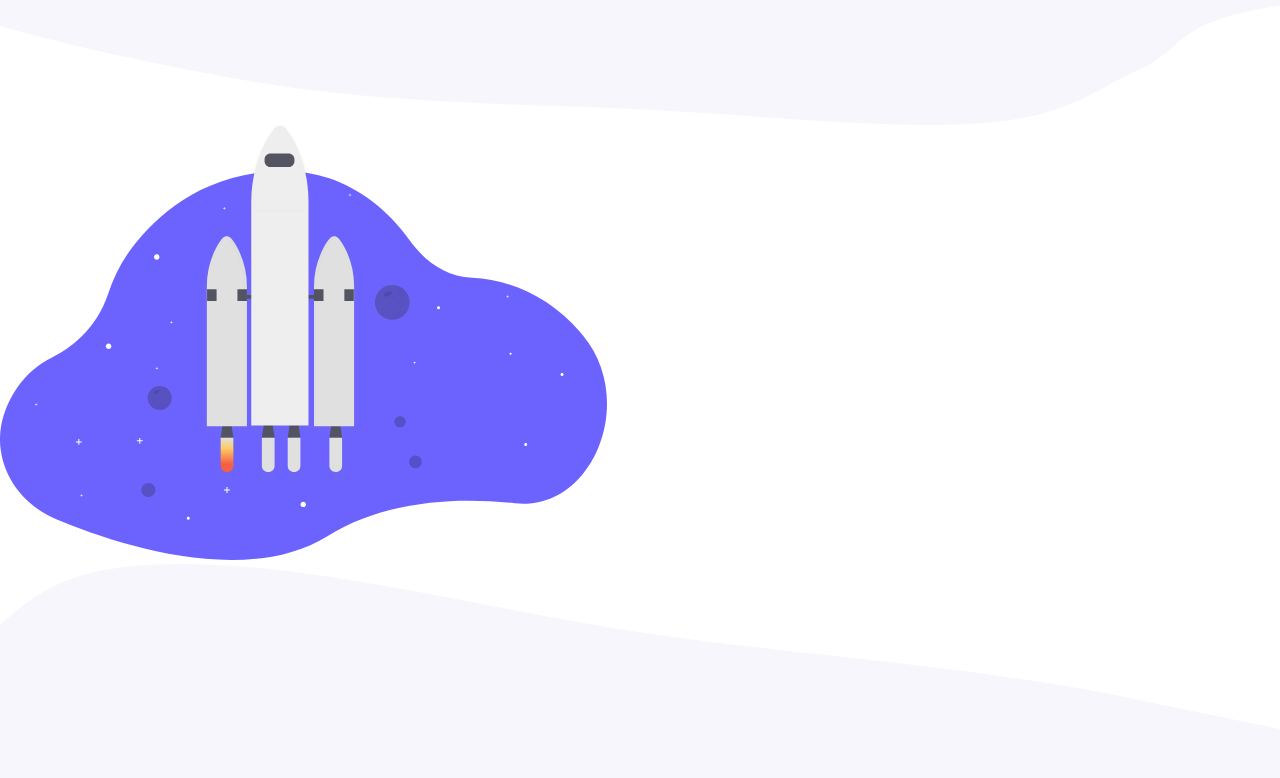
Repository: BrunoBross/countdown
Page: index.html
These files come from the project's save history. The page is drawn as it stood at one moment and after the next save; the edit follows.
The browser window is 1280 px wide. The pictures show the whole page.

Above is the page before, as saved 2021-11-30 00:34:50.

After the next save:
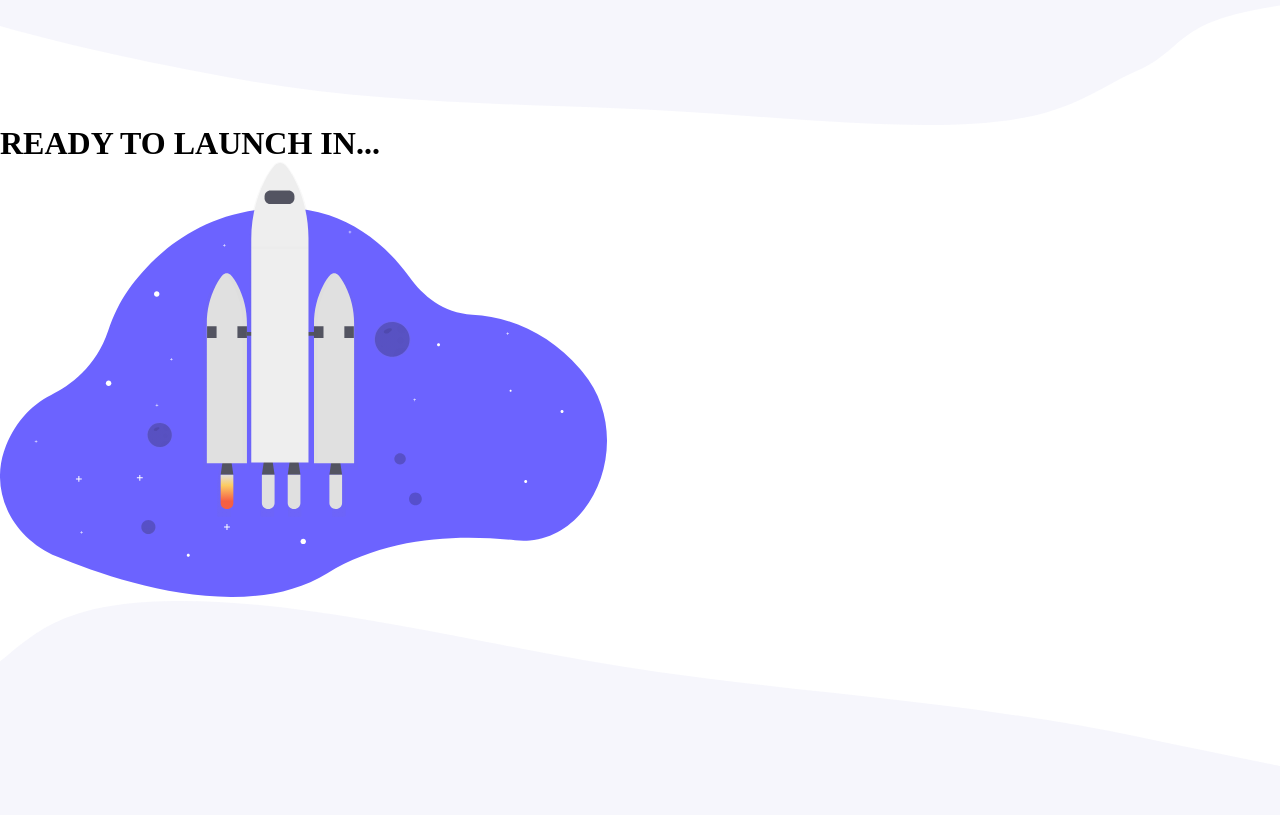
Saved 10 s later.
--- a/index.html
+++ b/index.html
@@ -10,7 +10,10 @@
 <body>
   <div class="background">
     <img class="image" id="top" src="./assets/top-image.svg" alt="">
-    <div class="center-content">
+    <div class="center">
+      <div class="content">
+        <h1>READY TO LAUNCH IN...</h1>
+      </div>
       <img id="rocket" src="./assets/rocket.svg" alt="">
     </div>
     <img class="image" id="bottom" src="./assets/bottom-image.svg" alt="">
